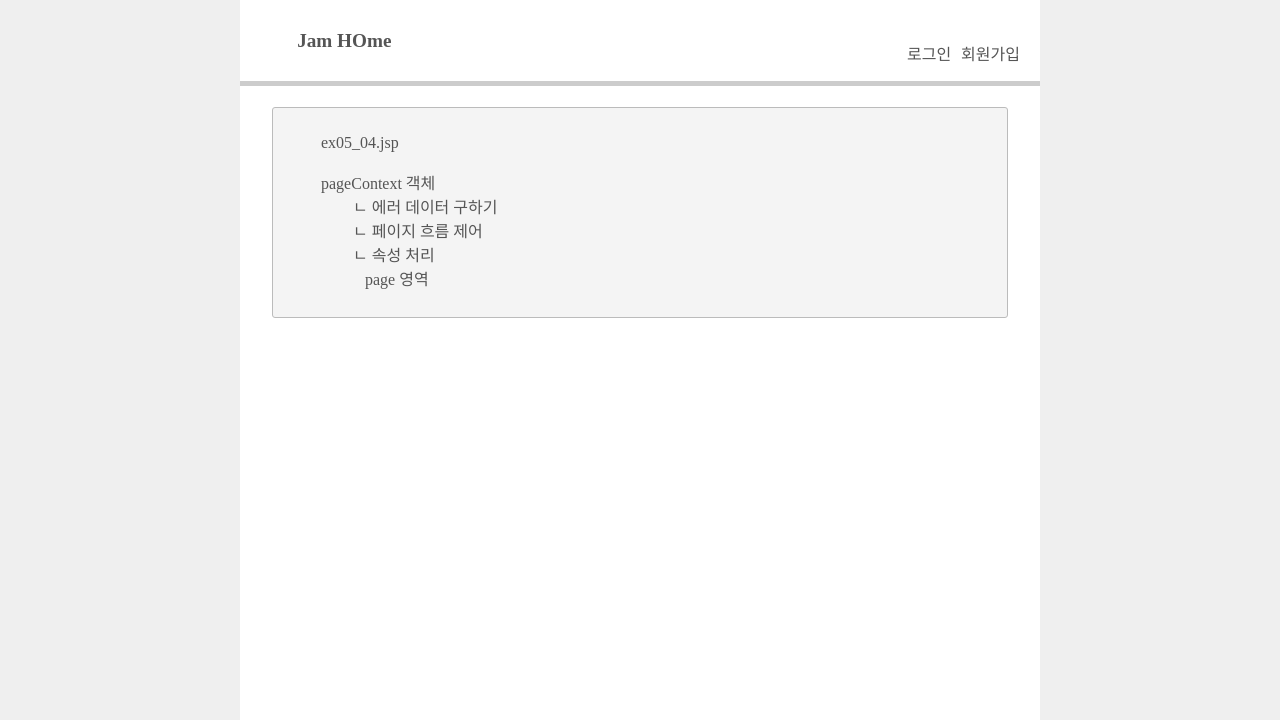
Repository: woals5636/JSPClass
Page: http://localhost/jspPro/days06/ex05_04.jsp
The author's editor kept a copy of each file at every save. The page is drawn from the files as they stood at one save, then again after the next save.
The browser window is 1280 px wide. The pictures show the whole page.
Some web fonts or font styles are not loaded; a fallback is used. The page is served by Tomcat 9. Other server files are loaded and not shown.

Above is the page before, as saved 2024-10-22 07:21:30.

### jspPro/src/main/webapp/days06/ex05_04.jsp
<%@ page contentType="text/html; charset=UTF-8" pageEncoding="UTF-8"%>
<%@ taglib prefix="c" uri="http://java.sun.com/jsp/jstl/core"%>
<%@ page trimDirectiveWhitespaces="true" %>
<!DOCTYPE html>
<html>
<head>
<meta charset="UTF-8">
<title>Insert title here</title>
<link rel="shortcut icon" type="image/x-icon" href="http://localhost/jspPro/images/SiSt.ico">
<script src="https://ajax.googleapis.com/ajax/libs/jquery/3.7.1/jquery.min.js"></script>
<meta name="viewport" content="width=device-width, initial-scale=1.0">
<meta name="google" content="notranslate">
<link rel="stylesheet" href="http://localhost/jspPro/resources/cdn-main/example.css">
<script src="http://localhost/jspPro/resources/cdn-main/example.js"></script>
<style>
 span.material-symbols-outlined{
    vertical-align: text-bottom;
 }
</style>
</head>
<body>
<header>
  <h1 class="main"><a href="#" style="position: absolute;top:30px;">Jam HOme</a></h1>
  <ul>
    <li><a href="#">로그인</a></li>
    <li><a href="#">회원가입</a></li>
  </ul>
</header>
<div>
  <xmp class="code">
  	ex05_04.jsp

  	pageContext 객체
  		ㄴ 에러 데이터 구하기
  		ㄴ 페이지 흐름 제어
  		ㄴ 속성 처리
  		   page 영역
  </xmp>
</div>
</body>
</html>

### jspPro/src/main/webapp/resources/cdn-main/example.css
@charset "UTF-8";

@import url('https://fonts.googleapis.com/css2?family=Material+Symbols+Outlined:opsz,wght,FILL,GRAD@20..48,100..700,0..1,-50..200');

@font-face {
    font-family: 'GmarketSansMedium';
    src: url('https://cdn.jsdelivr.net/gh/projectnoonnu/noonfonts_2001@1.1/GmarketSansMedium.woff') format('woff');
    font-weight: normal;
    font-style: normal;
}

:root {
	--text-color: #555;
	--sub-text-color: #777;
	--back-color: #EFEFEF;
	--header-color: #444;
	--primary-color: #DEDEDE;
	--secondary-color: #EFEFEF;
	--default-width: 800px;
	--narrow-width: 500px;
	--wide-width: 1200px;
	--text-font: 'GmarketSansMedium';
	--icon-font: 'Material Symbols Outlined';
	--border-color: #CCC;
}

html, body {
	margin: 0;
	padding: 0;
}

html {
	background-color: var(--back-color);
	display: flex;
	justify-content: center;
	min-height: 100vh;
}

body, body.default {
	width: var(--default-width);
	background-color: white;
	padding-bottom: 120px;
}

body.wide {
	width: var(--wide-width);
}

body.narrow {
	width: var(--narrow-width);
}



body, p, div, span, a, input, select, option, textarea, button, table, th, td, label, fieldset, legend {
	font-family: var(--text-font);
	color: var(--text-color);
}

h1, h2, h3 {
	font-family: var(--text-font);
	color: var(--header-color);
	padding: 0 1rem;
	padding-top: .5rem;
}

div > h1, div > h2, div > h3 {
	padding: 0;
}

body > div, body > main > div {
	padding: 0.3rem 1rem;
}


h1 { font-size: 2rem; border-bottom: 1px solid var(--border-color); }
h1 small { font-size: 1.2rem; color: var(--sub-text-color); }
h2 { font-size: 1.5rem; border-bottom: 1px dashed var(--border-color); }
h2 small { font-size: 1.1rem; color: --sub-text-color; }
h3 { font-size: 1.2rem; }
h3 small { font-size: 1rem; color: --sub-text-color; }



h1.main::before {
	font-family: var(--icon-font);
  	content: '\e666';
  	margin-right: 10px;
  	float: left;
	font-size: 2.5rem;
}

h1.sub::before {
	font-family: var(--icon-font);
  	content: '\ea19';
  	margin-right: 10px;
  	float: left;
	font-size: 2.5rem;
}


h1.page::before {
	font-family: var(--icon-font);
  	content: '\e0e0';
  	margin-right: 10px;
  	float: left;
	font-size: 2.5rem;
}

body > header > ul > li > .active{
	background-color: #FFF;
	color:#F00;
}

body > header {
	display: flex;
	justify-content: space-between;
	border-bottom: 5px solid var(--border-color);
	min-height: 74px;
	background-color: #FFF;
}

body > header.sticky {
	position: sticky;
	top: 0;
	z-index: 98;
}

body > header > h1 {
	font-size: 1.2rem;
	border: 0;
}

body > header.in > h1::before {
	font-family: var(--icon-font);
  	content: '\e332‥';
  	margin-right: 3px;
  	float: left;
	font-size: 2rem;
}


body > header > ul {
	list-style-type: none;
	display: flex;
	align-items: flex-end;
	margin-right: 10px;
}

body > header > ul > li {
	margin-right: 10px;
	cursor: pointer;
}

body > header > ul > li > a {
	cursor: pointer;
}


form {
	display: block;
}

form > div {
	padding: 0.3rem 1rem;
}

div > form > div {
	padding: 0.3rem 0;
}

input, textarea, button, select {
	border: 1px solid #BBB;
	border-radius: 3px;
	outline: none;
	resize: none;
	padding: 7px;
	margin: 0;
}

input[type=text]:read-only, textarea:read-only {
	cursor: not-allowed;
	background-color: #FFF;
}

input[type=text]:disabled, textarea:disabled {
	cursor: not-allowed;
	background-color: #EEE;
}

input[type=text], input[type=password], textarea, button, select {
	/* width: 300px; */
}

textarea {
	display: block;
	height: 100px;
}

input[type=button], input[type=submit], button {
	/* width: inherit; */
}

input.short, textarea.short, button.short, select.short {
	width: 100px;
}

input.long, textarea.long, button.long, select.long {
	width: 350px;
}

.narrow input.long, .narrow textarea.long, .narrow button.long, .narrow select.long {
	width: calc(100% - 20px);
}

input.full, textarea.full, button.full, select.full {
	width: calc(100% - 20px);
}

textarea.short {
	height: 50px;
}

textarea.long {
	height: 100px;
}

textarea.full {
	height: 200px;
}

input, textarea {
	padding-top: 8px;
}

input[type=button], input[type=submit], button {
	padding: 5px 10px;
	background-color: var(--secondary-color);
	cursor: pointer;
	min-height: 36px;
}

input[type=button].primary, input[type=submit].primary, button.primary {
	/* background-color: rgba(100, 149, 237, .2); */
	background-color: var(--primary-color);
}

input[type=button].primary:hover, input[type=submit].primary:hover, button.primary:hover {
	/* background-color: rgba(100, 149, 237, .3); */
	background-color: var(--secondary-color);
}

input[type=button]:hover, input[type=submit]:hover, button:hover {
	background-color: var(--primary-color);
}

button {
	position: relative;
	left: 0;
	top: 0;
	padding-left: 35px;
}

button .material-symbols-outlined {
	position: absolute;
	left: 10px;
	top: 4px;
}

/* k2nik add */
button.login::before {
	font-family: var(--icon-font);
  	content: '\ea77';
	position: absolute;
	left: 11px;
	top: 4px;
	font-size: 1.25rem;
}

/* k2nik logout */
button.logout::before {
	font-family: var(--icon-font);
  	content: '\e9ba';
	position: absolute;
	left: 11px;
	top: 4px;
	font-size: 1.25rem;
}

/* k2nik help */
button.help::before {
	font-family: var(--icon-font);
  	content: '\f1c0';
	position: absolute;
	left: 11px;
	top: 4px;
	font-size: 1.25rem;
}

button.add::before{
	font-family: var(--icon-font);
  	content: '\e746';
	position: absolute;
	left: 11px;
	top: 4px;
	font-size: 1.25rem;
}

button.back::before {
	font-family: var(--icon-font);
  	content: '\e166';
	position: absolute;
	left: 11px;
	top: 4px;
	font-size: 1.25rem;
}

button.list::before {
	font-family: var(--icon-font);
  	content: '\e0ee';
	position: absolute;
	left: 11px;
	top: 4px;
	font-size: 1.25rem;
}


button.del::before {
	font-family: var(--icon-font);
  	content: '\e872';
	position: absolute;
	left: 11px;
	top: 4px;
	font-size: 1.25rem;
}


button.edit::before {
	font-family: var(--icon-font);
  	content: '\e745';
	position: absolute;
	left: 11px;
	top: 4px;
	font-size: 1.25rem;
}


button.login::before {
	font-family: var(--icon-font);
  	content: '\ea77';
	position: absolute;
	left: 11px;
	top: 4px;
	font-size: 1.25rem;
}


button.logout::before {
	font-family: var(--icon-font);
  	content: '\e9ba';
	position: absolute;
	left: 11px;
	top: 4px;
	font-size: 1.25rem;
}


button.in::before {
	font-family: var(--icon-font);
  	content: '\f71a';
	position: absolute;
	left: 11px;
	top: 4px;
	font-size: 1.25rem;
}


button.out::before {
	font-family: var(--icon-font);
  	content: '\f70e';
	position: absolute;
	left: 11px;
	top: 4px;
	font-size: 1.25rem;
}


button.reply::before {
	font-family: var(--icon-font);
  	content: '\e15e';
	position: absolute;
	left: 11px;
	top: 4px;
	font-size: 1.25rem;
}


button.comment::before {
	font-family: var(--icon-font);
  	content: '\e0b9';
	position: absolute;
	left: 11px;
	top: 4px;
	font-size: 1.25rem;
}


button.modal::before {
	font-family: var(--icon-font);
  	content: '\e89e';
	position: absolute;
	left: 11px;
	top: 4px;
	font-size: 1.25rem;
}


button.ok::before {
	font-family: var(--icon-font);
  	content: '\e86c';
	position: absolute;
	left: 11px;
	top: 4px;
	font-size: 1.25rem;
}


button.cancel::before {
	font-family: var(--icon-font);
  	content: '\e5c9';
	position: absolute;
	left: 11px;
	top: 4px;
	font-size: 1.25rem;
}

button.search::before {
	font-family: var(--icon-font);
  	content: '\e8b6';
	position: absolute;
	left: 11px;
	top: 4px;
	font-size: 1.25rem;
}

button.home::before {
	font-family: var(--icon-font);
  	content: '\e88a';
	position: absolute;
	left: 11px;
	top: 4px;
	font-size: 1.25rem;
}


button.sidebar::before {
	font-family: var(--icon-font);
  	content: '\f7e4';
	position: absolute;
	left: 11px;
	top: 4px;
	font-size: 1.25rem;
}


button.sidebar-right::before {
	font-family: var(--icon-font);
  	content: '\f7e5';
	position: absolute;
	left: 11px;
	top: 4px;
	font-size: 1.25rem;
}




button::before {
	font-family: var(--icon-font);
  	content: '\e323';
	position: absolute;
	left: 11px;
	top: 4px;
	font-size: 1.25rem;
}


table {
	border-collapse: collapse;
	margin: 1rem;
	box-sizing: border-box;
	width: calc(100% - 32px);
}

table.content {
	width: auto;
}

div > table {
	margin: 0;
}

table th, table td {
	border: 1px solid var(--border-color);
	padding: 7px;
	font-weight: normal;
}

table th {
	background-color: var(--back-color);
}

table.vertical th {
	width: 150px;
}

table.vertical td {
	width: calc(100% - 182px);
	padding-left: 10px;
}

table.content td, table.content th {
	width: auto;
}

body.narrow table.vertical th {
	width: 100px;
}

body.narrow table.vertical td {
	width: calc(100% - 182px);
}


table + table {
	margin-top: 30px;
}


p {
	padding: 0 1rem;
}

a {
	text-decoration: none;
}

a:hover {
	color: rgba(255, 99, 71, .7);
}

hr {
	border: 0;
	border-top: 1px solid var(--border-color);
	margin: 2rem 0;
}

.message {
	border: 1px solid var(--border-color);
	background-color: #EFEFEF;
	margin: 1rem;
	width: auto;
	padding-top: 10px;
	padding-bottom: 10px;
	font-size: 14px;
}

.message[title]::before {
	content: attr(title);
	display: block;
	border-bottom: 1px solid var(--border-color);
	padding-bottom: 5px;
	margin-bottom: 10px;
	margin-top: 7px;
}

.message.short {
	max-width: 250px;
}

.message.long {
	max-width: 500px;
}

.badge {
	float: right;
	font-size: .8rem;
	margin-top: 2px;
	margin-right: 2px;
	text-shadow: 0 0 7px gray;
}

.badge.left {
	float: none;
	margin-left: 2px;
}

.badge.right {
	float: right;
}

.badge.red {
	border-radius: 50%;
	padding: 2px 5px;
	background-color: rgb(255, 99, 71, .3);
}

.badge.yellow {

	border-radius: 50%;
	padding: 2px 5px;
	background-color: rgb(255, 215, 0, .5);
}

.badge.blue {
	border-radius: 50%;
	padding: 2px 5px;
	background-color: rgb(100, 149, 237, .3);
}

label + label {
	margin-left: 7px;
}

label input[type=checkbox], label input[type=radio] {
	transform: translate(0, 1px);
}

.group {
	display: flex;
}

.modal-content .group {
	margin-bottom: .5rem;
}

.group label {
	border: 1px solid #BBB;
	border-radius: 3px;
	outline: none;
	resize: none;
	padding: 7px 14px;
	margin: 0;
	border-top-right-radius: 0;
	border-bottom-right-radius: 0;
	background-color: #EFEFEF;
	white-space: nowrap;
	font-size: 14px;
}

.group input[type=text] {
	margin-left: -1px;
	border-top-left-radius: 0;
	border-bottom-left-radius: 0;
}

.group select {
	margin-left: -1px;
	border-top-left-radius: 0;
	border-bottom-left-radius: 0;
}

.group input.full[type=text] {
	margin-left: -1px;
	border-top-left-radius: 0;
	border-bottom-left-radius: 0;
	width: 100%;
}

.group input[type=button]:first-child, .group button:first-child {
	border-top-left-radius: 3px;
	border-bottom-left-radius: 3px;
	margin-left: 0px;
}

.group input[type=button], .group button {
	border-radius: 0;
	margin-left: -1px;
}

.group input[type=button]:last-child, .group button:last-child {
	margin-left: -1px;
	border-top-right-radius: 3px;
	border-bottom-right-radius: 3px;
}

.seperate {
	display: flex;
	justify-content: space-between;
}

div.list {
	width: max-content;
	margin: 1rem;
	border: 1px solid #BBB;
	border-radius: 3px;
	padding: 0;
}

div.list.full {
	width: auto;
	display: block;
	margin: 1rem;
	border: 1px solid #BBB;
	border-radius: 3px;
	padding: 0;
}

div.list > div {
	padding: .5rem 1rem;
	margin: 0;
	border-bottom: 1px solid #BBB;
}

div.list > div:last-child {
	border-bottom: 0;
}

pre.code , xmp.code{
	font-family: consols;
	background-color: rgba(150, 150, 150, .1);
	border: 1px solid #BBB;
	border-radius: 3px;
	padding: .5rem 1rem;
	padding-bottom: .6rem;
	margin: 1rem;
}




*[data-modal-window] {
	position: fixed;
	background-color: rgba(0, 0, 0, .3);
	left: 0;
	top: 0;
	display: none;
	justify-content: center;
	align-items: flex-start;
	width: 100%;
	min-height: 100vh;
	z-index: 100;
	opacity: 0;
	transition: 500ms all;
}

*[data-modal-window] .modal-container {
	border-radius: 5px;
	padding: 1rem;
	padding-bottom: .5rem;
	margin-top: -500px;
	opacity: 0;
	width: 500px;
	background-color: #FFF;
	margin-right: 2rem;
	transition: 500ms all;
}

*[data-modal-size=content] .modal-container {
	width: auto;
}

*[data-modal-size=narrow] .modal-container {
	width: 300px;
}

*[data-modal-size=wide] .modal-container {
	width: 760px;
}


*[data-modal-window] .modal-header {
	border-bottom: 1px solid var(--border-color);
	padding: 2px 5px;
}

*[data-modal-window] .modal-content {
	padding: 1rem 5px;
}

*[data-modal-window] .modal-content div:last-child {
	margin-top: 1rem;
	text-align: right;
}



*[data-sidebar-window] {
	position: fixed;
	background-color: #FFF;
	left: 0;
	top: 0;
	display: block;
	width: 300px;
	border-right: 1px solid var(--border-color);
	box-sizing: border-box;
	box-shadow: 0 0 3px var(--back-color);
	min-height: 100vh;
	z-index: 99;
	transform: translate(-300px, 0);
	transition-duration: 500ms;
	transition-property: transform;
}

*[data-sidebar-direction=right] {
	left: auto;
	right: 0;
	transform: translate(300px, 0);
	border-left: 1px solid var(--border-color);
}

*[data-sidebar-size=wide] {
	width: 500px;
	transform: translate(-500px, 0);
}

*[data-sidebar-window] .sidebar-title {
	border-bottom: 1px solid var(--border-color);
	margin-top: 20px;
	margin-bottom: 20px;
	padding-bottom: 5px;
	display: flex;
	justify-content: space-between;
}

*[data-sidebar-window] .sidebar-title span:last-child {
	cursor: pointer;
}


/* K2Nik pagination */
.center {
  text-align: center;
}

.pagination {
  display: inline-block;
}

.pagination a {
  color: black;
  float: left;
  padding: 3px 6px;
  text-decoration: none;
  transition: background-color .3s;
  border: 1px solid #ddd;
  margin: 0 3px;
}

.pagination a.active {
  background-color: #4CAF50;
  color: white;
  border: 1px solid #4CAF50;
}

.pagination a:hover:not(.active) {background-color: #ddd;}

### jspPro/src/main/webapp/resources/cdn-main/example.js

window.onload = () => {

    const list = document.querySelectorAll('input, textarea');

    list.forEach(item => {
        item.setAttribute('autocomplete', 'off');
    });


    const modal_btn_list = document.querySelectorAll('*[data-modal-button]');

    modal_btn_list.forEach(item => {
        item.onclick = function() {

            const name = this.dataset['modalButton'];
            const modal_window = document.querySelector('*[data-modal-window=' + name);

            const container = document.createElement('div');
            container.className = 'modal-container';



            const modal_header = document.createElement('div');
            modal_header.textContent = modal_window.dataset['modalTitle'];
            modal_header.className = 'modal-header';
            container.appendChild(modal_header);

            const modal_content = document.createElement('div');
            modal_content.className = 'modal-content';
            container.appendChild(modal_content);

            Array.from(modal_window.childNodes).forEach(item => {
                modal_content.appendChild(item);
            });

            modal_window.appendChild(container);

            modal_window.style.display = 'flex';

            setTimeout(() => {
                modal_window.style.opacity = 1;
                container.style.marginTop = '20px';
                container.style.opacity = 1;
            }, 50);


            const modal_ok = document.querySelector('*[data-modal-ok=' + name);
            modal_ok.addEventListener('click', function() {
                modal_window.style.opacity = 0;
                container.style.marginTop = '-500px';
                container.style.opacity = 0;

                setTimeout(() => {
                    modal_window.innerHTML = modal_content.innerHTML;
                    modal_window.style.display = 'none';
                }, 500);

            });

            const modal_cancel = document.querySelector('*[data-modal-cancel=' + name);
            modal_cancel.addEventListener('click', function() {

                modal_window.style.opacity = 0;
                container.style.marginTop = '-500px';
                container.style.opacity = 0;

                setTimeout(() => {
                    modal_window.innerHTML = modal_content.innerHTML;
                    modal_window.style.display = 'none';
                }, 500);
            });


        };
    });


    const sidebar_btn_list = document.querySelectorAll('*[data-sidebar-button]');

    sidebar_btn_list.forEach(item => {
        item.onclick = function() {



            const name = this.dataset['sidebarButton'];
            const sidebar_window = document.querySelector('*[data-sidebar-window=' + name);

            if (sidebar_window.style.transform == 'translate(0px, 0px)') return;



            sidebar_window.style.transform = 'translate(0, 0)';

            const sidebar_title = document.createElement('div');
            sidebar_title.className = 'sidebar-title';
            sidebar_title.innerHTML = '<span>' + sidebar_window.dataset['sidebarTitle'] + '</span><span class="material-symbols-outlined">close</span>';

            sidebar_title.children[1].onclick = function() {

                let sign = 1;
                let distance = 300;

                if (sidebar_window.dataset['sidebarDirection'] != 'right') {
                    sign = -1;
                } else {
                    sign = 1;
                }

                if (sidebar_window.dataset['sidebarSize'] != 'wide') {
                    distance = 300;
                } else {
                    distance = 500;
                }

                distance *= sign;

                sidebar_window.style.transform = 'translate(' + distance + 'px, 0)';

                setTimeout(function() {
                    sidebar_window.removeChild(sidebar_window.children[0]);
                }, 500);
            };


            sidebar_window.prepend(sidebar_title);

        }
    });

};

// window.onkeydown = function(event) {

//     if (event.keyCode == 27) {
//         if (document.querySelector('[data-modal-window').style.display == 'flex') {
//             document.querySelector('[data-modal-window').style.display = 'none';
//         }
//     }

// };

After the next save:
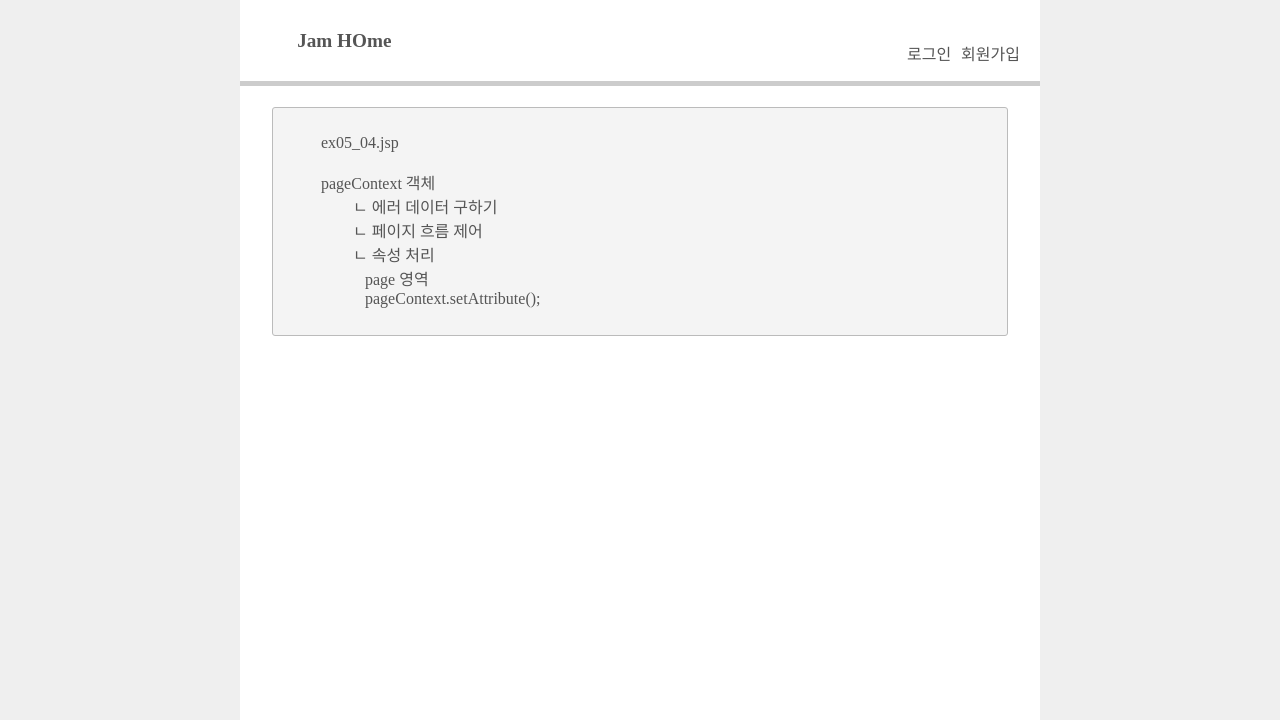
Saved 10 s later.
--- a/jspPro/src/main/webapp/days06/ex05_04.jsp
+++ b/jspPro/src/main/webapp/days06/ex05_04.jsp
@@ -35,6 +35,7 @@
   		ㄴ 페이지 흐름 제어
   		ㄴ 속성 처리
   		   page 영역
+  		   pageContext.setAttribute();
   </xmp>
 </div>
 </body>
